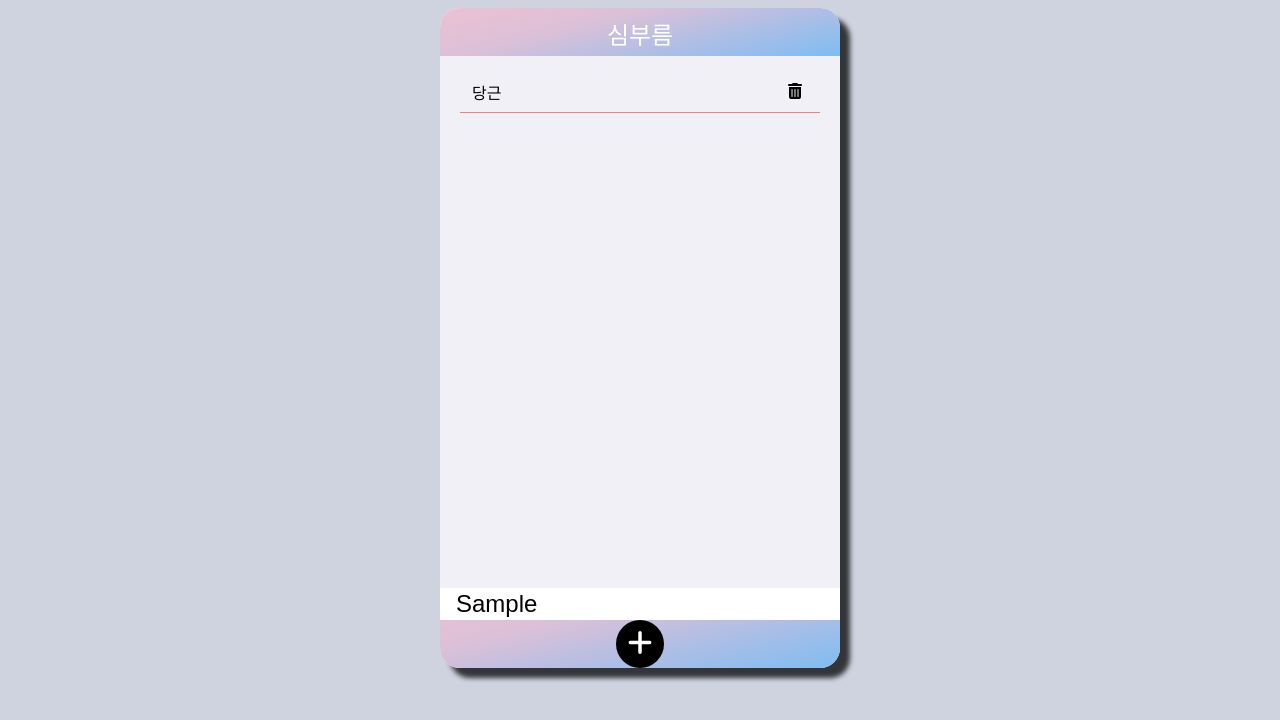
Repository: GoodHoneyCake/Dream_Coding_Academy5
Page: shopping_list/index.html
The author's editor kept a copy of each file at every save. The page is drawn from the files as they stood at one save, then again after the next save.
The browser window is 1280 px wide. The pictures show the whole page.
Empty fields were first filled with sample values (such as "Sample", 5 or name@example.com).
After loading, the first visible `button.footer__btn` was clicked once.
Some web libraries are served in a nearby version.

Above is the page before, as saved 2021-01-29 20:10:31.
Console error: ReferenceError: item is not defined

After the next save:
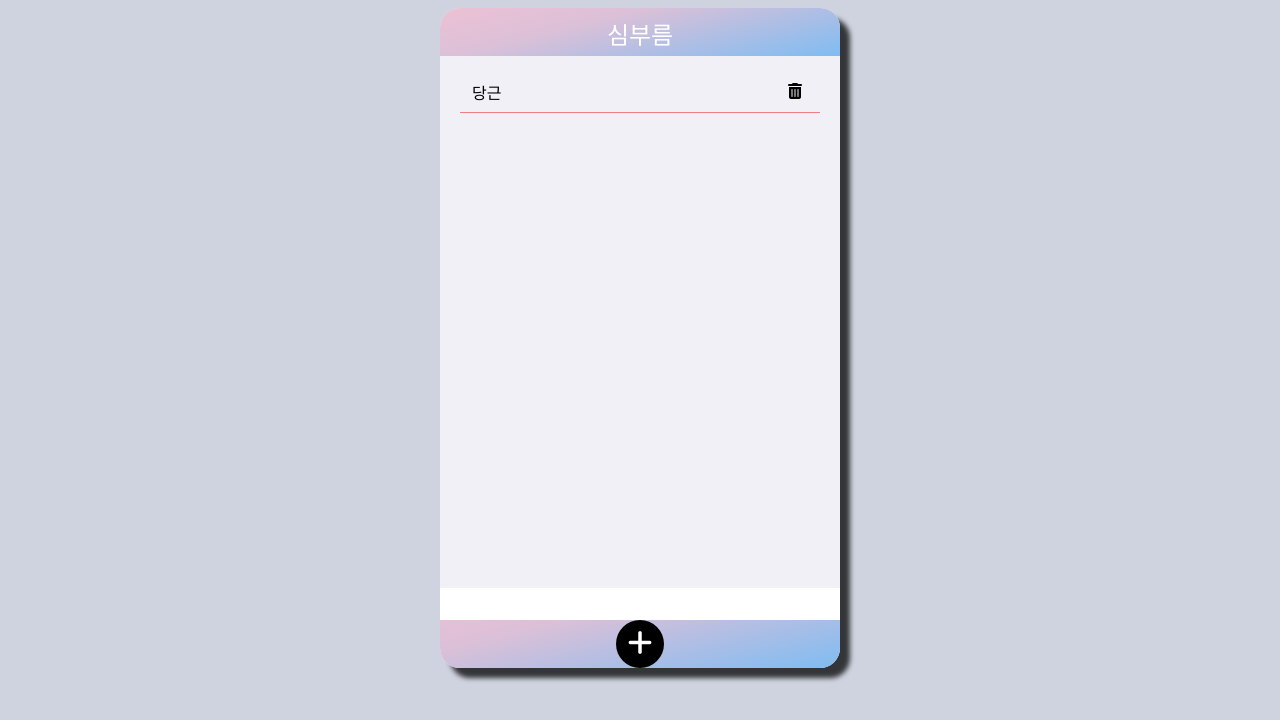
The error is gone.
Saved 32 s later.
--- a/shopping_list/main.js
+++ b/shopping_list/main.js
@@ -11,7 +11,7 @@ function onAdd() {
   // 2. 새로운 아이템을 만든다 (텍스트 + 삭제 버튼)
   // const item = createItem();
   // 3. items 컨테이너안에 새로 만든 아이템을 추가한다
-  items.appendChild(item);
+  // items.appendChild(item);
   // 4. 인풋을 초기화 한다
   input.value = "";
   input.focus();
